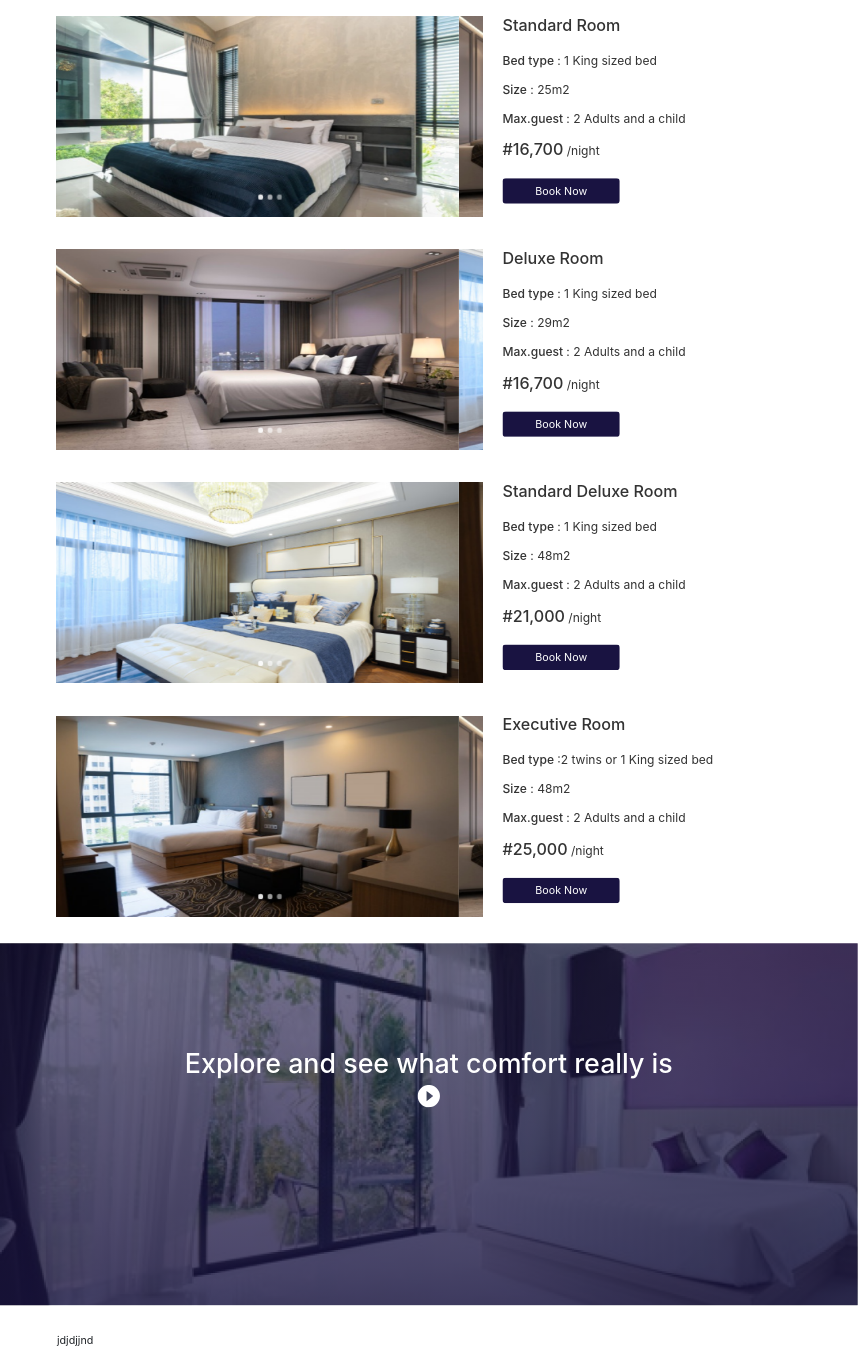
Repository: Syfon01/hotel-website
Page: room.html
The author's editor kept a copy of each file at every save. The page is drawn from the files as they stood at one save, then again after a run of saves.
The browser window is 1280 px wide. The pictures show the whole page, at 67% of full size.

Above is the page before, as saved 2020-06-08 19:28:11.

### room.html
<!doctype html>
<html lang="en">
  <head>
    <title>Title</title>
    <!-- Required meta tags -->
    <meta charset="utf-8">
    <meta name="viewport" content="width=device-width, initial-scale=1, shrink-to-fit=no">

    <!-- Bootstrap CSS -->
    <link rel="stylesheet" href="https://stackpath.bootstrapcdn.com/bootstrap/4.3.1/css/bootstrap.min.css" integrity="sha384-ggOyR0iXCbMQv3Xipma34MD+dH/1fQ784/j6cY/iJTQUOhcWr7x9JvoRxT2MZw1T" crossorigin="anonymous">
    <link rel="stylesheet" href="room.css">
  </head>
  <body>
    <!-- header section  -->
    <section class="header">

    </section>
    <!-- carousel section -->
    <section id="carousel-section">
      <div class="container">
        <div class="row py-4">
          <div class="col-md-7 col-lg-7 col-12 col-sm-12">
            <div id="carouselExampleIndicators" class="carousel slide" data-ride="carousel">
              <ol class="carousel-indicators">
                <li data-target="#carouselExampleIndicators" data-slide-to="0" class="active"></li>
                <li data-target="#carouselExampleIndicators" data-slide-to="1"></li>
                <li data-target="#carouselExampleIndicators" data-slide-to="2"></li>
              </ol>
              <div class="carousel-inner">
                <div class="carousel-item active">
                  <img src="./img/hotel1.png" class="d-block w-100 img-carousel img-fluid" alt="...">
                </div>
                <div class="carousel-item">
                  <img src="./img/hotel2.png" class="d-block w-100 img-carousel img-fluid" alt="...">
                </div>
                <div class="carousel-item">
                  <img src="./img/hotel3.png" class="d-block w-100 img-carousel img-fluid" alt="...">
                </div>
              </div>

            </div>
          </div>
          <div class="col-md-5 col-lg-5 col-12 col-sm-12">
            <h4 class="text-purple mb-4">Standard Room</h4>
            <p class="text-purple"><span class="p-font-weight">Bed type </span>: 1 King sized bed</p>
            <p class="text-purple"><span class="p-font-weight">Size</span> : 25m2</p>
            <p class="text-purple"><span class="p-font-weight">Max.guest </span>: 2 Adults and a child</p>
            <p class="text-purple mb-4"><span class="p-font-weight p-20">#16,700</span> /night</p>
            <button class="btn btn-purple px-5">Book Now</button>
          </div>
        </div>

        <div class="row py-4">
          <div class="col-md-7 col-lg-7 col-12 col-sm-12">
            <div id="carouselExampleIndicators" class="carousel slide" data-ride="carousel">
              <ol class="carousel-indicators">
                <li data-target="#carouselExampleIndicators" data-slide-to="0" class="active"></li>
                <li data-target="#carouselExampleIndicators" data-slide-to="1"></li>
                <li data-target="#carouselExampleIndicators" data-slide-to="2"></li>
              </ol>
              <div class="carousel-inner">
                <div class="carousel-item active">
                  <img src="./img/hotel2.png" class="d-block w-100 img-carousel img-fluid" alt="...">
                </div>
                <div class="carousel-item">
                  <img src="./img/hotel3.png" class="d-block w-100 img-carousel img-fluid" alt="...">
                </div>
                <div class="carousel-item">
                  <img src="./img/hotel4.png" class="d-block w-100 img-carousel img-fluid" alt="...">
                </div>
              </div>

            </div>
          </div>
          <div class="col-md-5 col-lg-5 col-12 col-sm-12">
            <h4 class="text-purple mb-4">Deluxe Room</h4>
            <p class="text-purple"><span class="p-font-weight">Bed type </span>: 1 King sized bed</p>
            <p class="text-purple"><span class="p-font-weight">Size</span> : 29m2</p>
            <p class="text-purple"><span class="p-font-weight">Max.guest </span>: 2 Adults and a child</p>
            <p class="text-purple mb-4"><span class="p-font-weight p-20">#16,700</span> /night</p>
            <button class="btn btn-purple px-5">Book Now</button>
          </div>
        </div>

        <div class="row py-4">
          <div class="col-md-7 col-lg-7 col-12 col-sm-12">
            <div id="carouselExampleIndicators" class="carousel slide" data-ride="carousel">
              <ol class="carousel-indicators">
                <li data-target="#carouselExampleIndicators" data-slide-to="0" class="active"></li>
                <li data-target="#carouselExampleIndicators" data-slide-to="1"></li>
                <li data-target="#carouselExampleIndicators" data-slide-to="2"></li>
              </ol>
              <div class="carousel-inner">
                <div class="carousel-item active">
                  <img src="./img/hotel3.png" class="d-block w-100 img-carousel h-50 img-fluid" alt="...">
                </div>
                <div class="carousel-item">
                  <img src="./img/hotel4.png" class="d-block w-100 img-carousel img-fluid" alt="...">
                </div>
                <div class="carousel-item">
                  <img src="./img/hotel1.png" class="d-block w-100 img-carousel img-fluid" alt="...">
                </div>
              </div>

            </div>
          </div>
          <div class="col-md-5 col-lg-5 col-12 col-sm-12">
            <h4 class="text-purple mb-4">Standard Deluxe Room</h4>
            <p class="text-purple"><span class="p-font-weight">Bed type </span>: 1 King sized bed</p>
            <p class="text-purple"><span class="p-font-weight">Size</span> : 48m2</p>
            <p class="text-purple"><span class="p-font-weight">Max.guest </span>: 2 Adults and a child</p>
            <p class="text-purple mb-4"><span class="p-font-weight p-20">#21,000</span> /night</p>
            <button class="btn btn-purple px-5">Book Now</button>
          </div>
        </div>

        <div class="row py-4">
          <div class="col-md-7 col-lg-7 col-12 col-sm-12">
            <div id="carouselExampleIndicators" class="carousel slide" data-ride="carousel">
              <ol class="carousel-indicators">
                <li data-target="#carouselExampleIndicators" data-slide-to="0" class="active"></li>
                <li data-target="#carouselExampleIndicators" data-slide-to="1"></li>
                <li data-target="#carouselExampleIndicators" data-slide-to="2"></li>
              </ol>
              <div class="carousel-inner">
                <div class="carousel-item active">
                  <img src="./img/hotel4.png" class="d-block w-100 img-carousel h-50 img-fluid" alt="...">
                </div>
                <div class="carousel-item">
                  <img src="./img/hotel2.png" class="d-block w-100 img-carousel img-fluid" alt="...">
                </div>
                <div class="carousel-item">
                  <img src="./img/hotel1.png" class="d-block w-100 img-carousel img-fluid" alt="...">
                </div>
              </div>

            </div>
          </div>
          <div class="col-md-5 col-lg-5 col-12 col-sm-12">
            <h4 class="text-purple mb-4">Executive Room</h4>
            <p class="text-purple"><span class="p-font-weight">Bed type </span>:2 twins or 1 King sized bed</p>
            <p class="text-purple"><span class="p-font-weight">Size</span> : 48m2</p>
            <p class="text-purple"><span class="p-font-weight">Max.guest </span>: 2 Adults and a child</p>
            <p class="text-purple mb-4"><span class="p-font-weight p-20">#25,000</span> /night</p>
            <button class="btn btn-purple px-5">Book Now</button>
          </div>
        </div>
      </div>
    </section>

    <!-- explore section  -->
    <div class="explore py-3">
      <div class='hero'>
        <div class="cont-vert">
          <div class="text-center vert col-12">
            <h1>
              Explore and see what comfort really is
            </h1>
            <img src="./img/play.svg" class="img-fluid" alt="" srcset="">
          </div>
        </div>

      </div>
</div>

<div class="container my-4">
  jdjdjjnd
</div>

    <!-- Optional JavaScript -->
    <!-- jQuery first, then Popper.js, then Bootstrap JS -->
    <script src="https://code.jquery.com/jquery-3.3.1.slim.min.js" integrity="sha384-q8i/X+965DzO0rT7abK41JStQIAqVgRVzpbzo5smXKp4YfRvH+8abtTE1Pi6jizo" crossorigin="anonymous"></script>
    <script src="https://cdnjs.cloudflare.com/ajax/libs/popper.js/1.14.7/umd/popper.min.js" integrity="sha384-UO2eT0CpHqdSJQ6hJty5KVphtPhzWj9WO1clHTMGa3JDZwrnQq4sF86dIHNDz0W1" crossorigin="anonymous"></script>
    <script src="https://stackpath.bootstrapcdn.com/bootstrap/4.3.1/js/bootstrap.min.js" integrity="sha384-JjSmVgyd0p3pXB1rRibZUAYoIIy6OrQ6VrjIEaFf/nJGzIxFDsf4x0xIM+B07jRM" crossorigin="anonymous"></script>
  </body>
</html>

### room.css
.text-purple{
 color: #333333
}
.p-font-weight{
  font-weight: 500;
}
.p-20{
  font-size: 24px;
}
p{
  font-size: 18px;;
}
.btn-purple{
  background-color: #191341;
  color: #fff;
  border-radius: 5px;
}
.img-carousel{
  height: 300px!important;
}
.carousel-indicators li{
  border-radius: 100%;
  width: 8px;
  height: 8px;
}

.hero{
   background-image: linear-gradient(to bottom, rgba(25, 19, 65, 0.6), rgba(25, 19, 65, 0.8)),
   url('/img/explore.png');
   width: 100%;
   height: 75vh;
   background-size: cover;
   color: white;
  ;
}

.vert{
  margin: 0;
  position: absolute;
  top: 50%;
  left: 50%;
  -ms-transform: translate(-50%, -50%);
  transform: translate(-50%, -50%);
}
.cont-vert{
  height: 400px;
  position: relative;
}

After the next 3 saves:
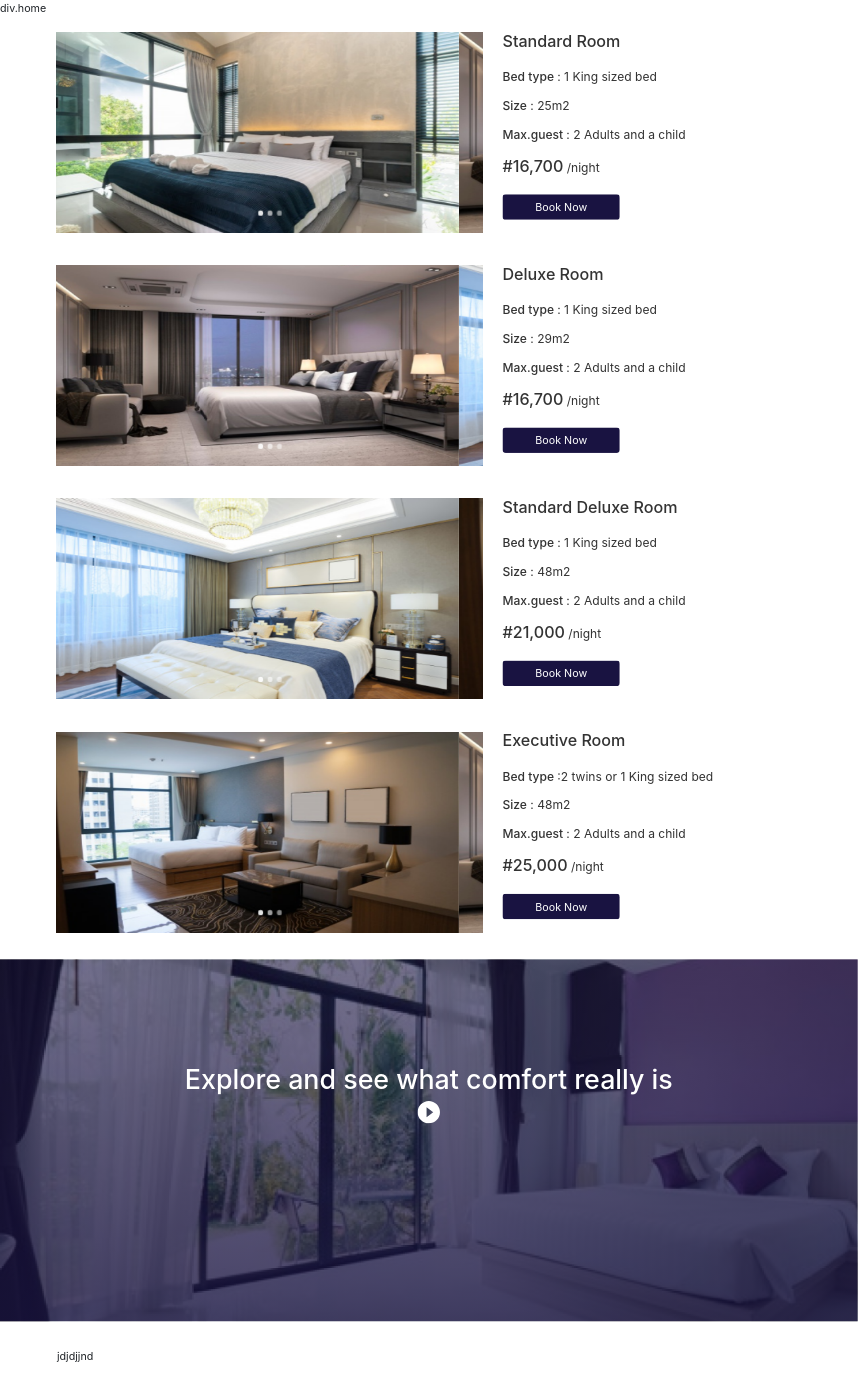
The 3 saves are shown as one change because they came seconds apart.
The last was saved 41 s later.
--- a/room.html
+++ b/room.html
@@ -13,7 +13,7 @@
   <body>
     <!-- header section  -->
     <section class="header">
-
+      div.home
     </section>
     <!-- carousel section -->
     <section id="carousel-section">

After the save that followed:
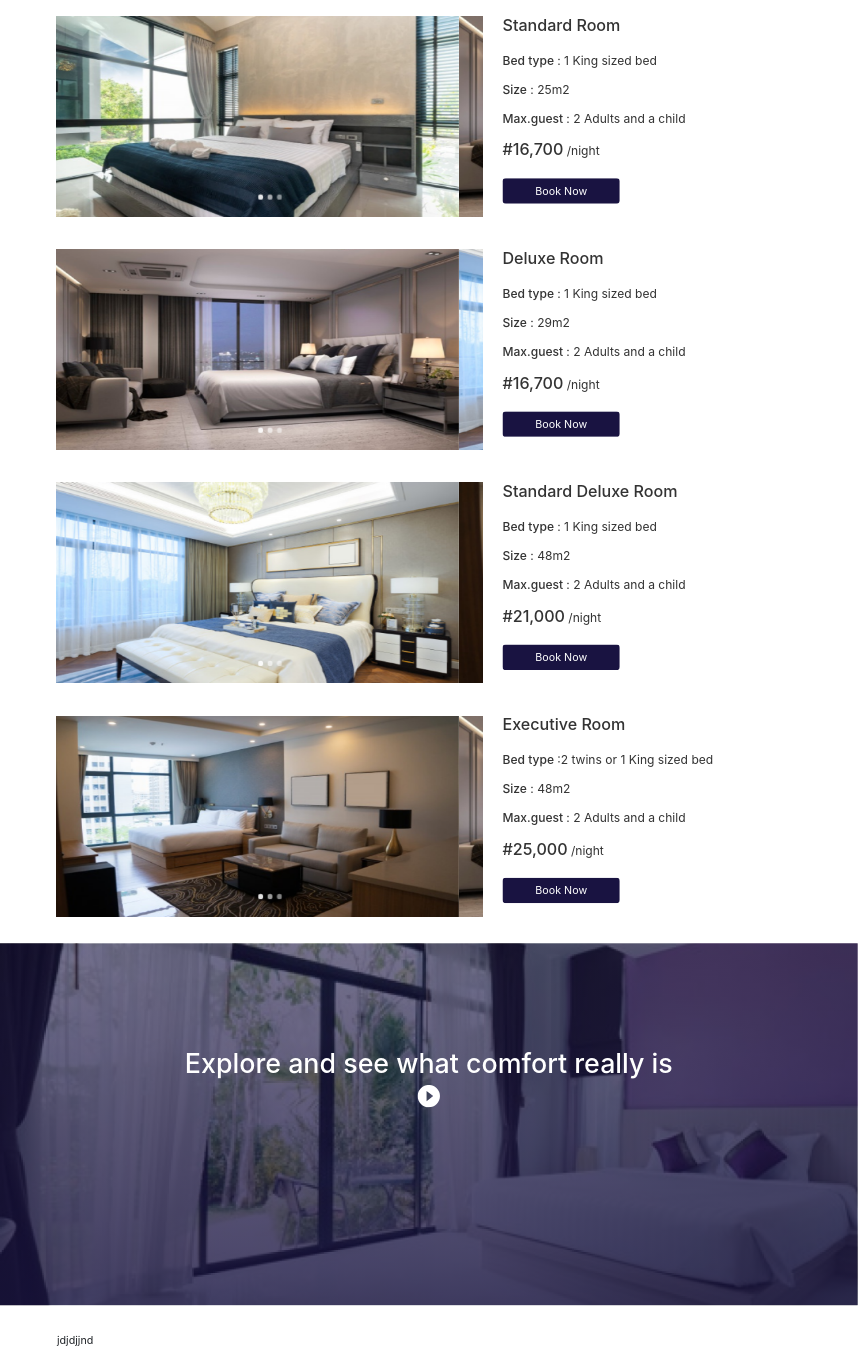
Saved 9 s later.
--- a/room.html
+++ b/room.html
@@ -13,7 +13,9 @@
   <body>
     <!-- header section  -->
     <section class="header">
-      div.home
+      <div class="home-header">
+
+      </div>
     </section>
     <!-- carousel section -->
     <section id="carousel-section">
